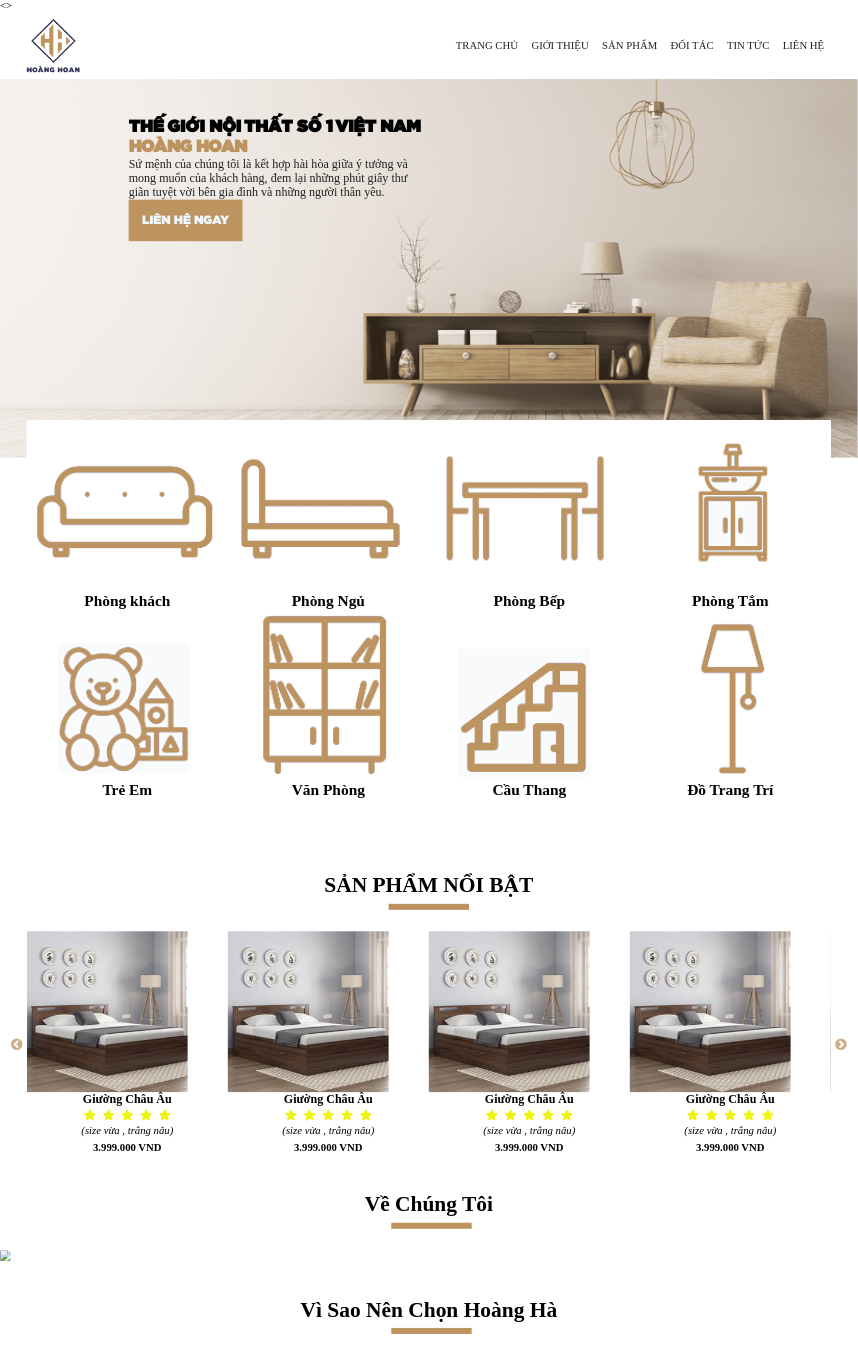
Repository: LDDUNG2003/front_end
Page: index.html
These files come from the project's save history. The page is drawn as it stood at one moment and after the next save; the edit follows.
The browser window is 1280 px wide. The pictures show the whole page, at 67% of full size.
Some web libraries are served in a nearby version.

Above is the page before, as saved 2023-08-29 10:01:59.

After the next save:
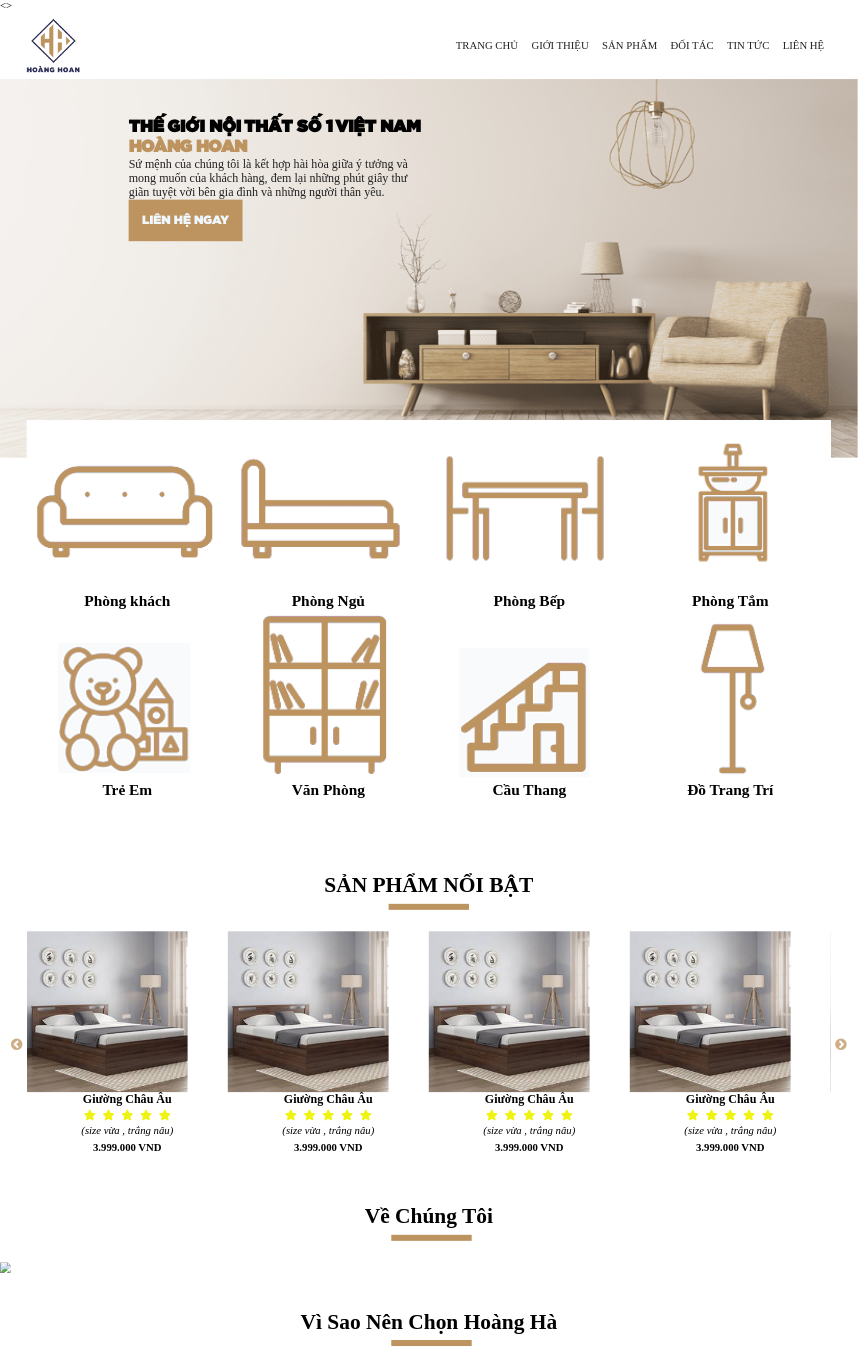
Saved 83 s later.
--- a/index.html
+++ b/index.html
@@ -168,6 +168,9 @@
                 </ul>
             </div>
             <div class="about__us">
+                <div class="about--background">
+                    <img src="" alt="">
+                </div>
                 <div class="about__us-bag">
                     <div class="about-bag">
                         <div class=" about__content ">
